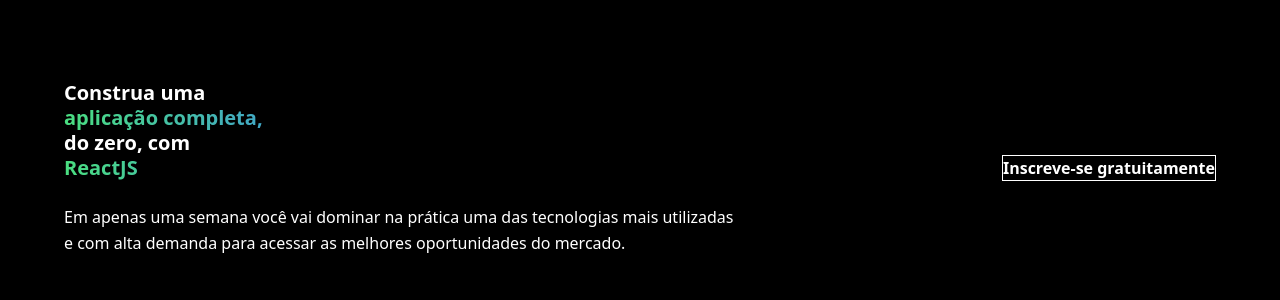
Repository: LuisSempre/Ignite-Lab---ReactJs-2022
Page: /
An editor plug-in stored every save of this project. The page is shown before and after the next save, followed by the edit.
The browser window is 1280 px wide. The pictures show the whole page.
The project was rebuilt for these pictures with package versions that can differ from the ones it lists, and the page was loaded fresh each time. Also part of the build but not shown: vite.config.ts, components/Header.tsx, components/Lesson.tsx, components/Sidebar.tsx, pages/Event.tsx. Imported but missing from the stored project, and not drawn on this page: components/Video.

Above is the page before, as saved 2022-06-24 23:46:01.

After the next save:
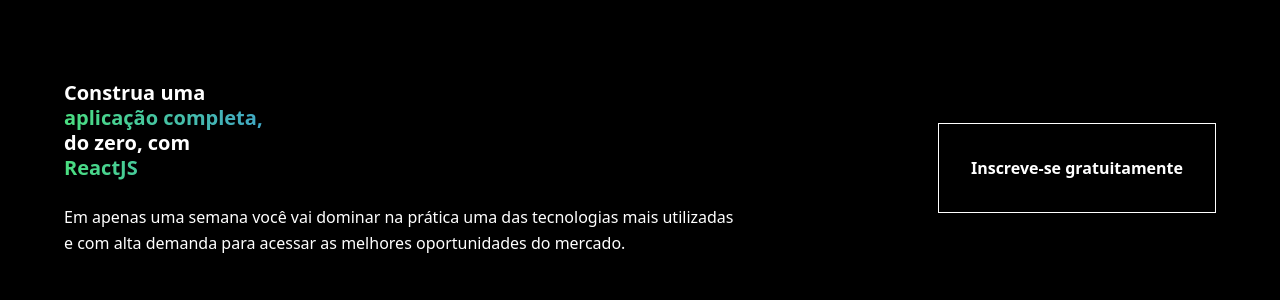
Saved 25 s later.
--- a/pages/Subscribe.tsx
+++ b/pages/Subscribe.tsx
@@ -18,7 +18,7 @@
                         Em apenas uma semana você vai dominar na prática uma das tecnologias mais utilizadas e com alta demanda para acessar as melhores oportunidades do mercado.
                     </p>
                 </div>
-                <div className="border border-white">
+                <div className="p-8 border border-white">
                     <strong>Inscreve-se gratuitamente</strong>
                 </div>
             </div>
